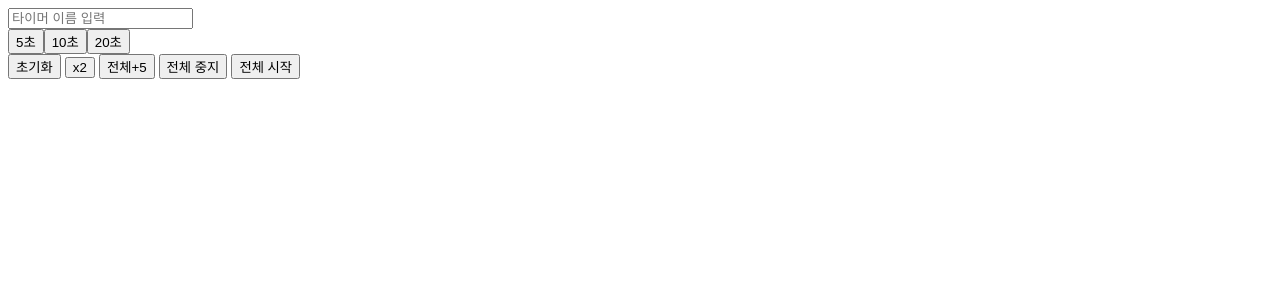
Repository: IT-magician/JS-Practice-Mission2
Page: index.html
These files come from the project's save history. The page is drawn as it stood at one moment and after the next save; the edit follows.
The browser window is 1280 px wide. The pictures show the whole page.

Above is the page before, as saved 2023-11-15 19:02:33.

### index.html
<!DOCTYPE html>
<html lang="en">
  <head>
    <meta charset="UTF-8" />
    <meta name="viewport" content="width=device-width, initial-scale=1.0" />
    <title>Document</title>

    <style>
      .input * {
        display: flex;
      }
    </style>
  </head>
  <body>
    <div class="pung-game">
      <div class="input">
        <div class="name">
          <input type="text" name="" id="" placeholder="타이머 이름 입력" />
        </div>
        <div class="btns">
          <input type="button" value="5초" />
          <input type="button" value="10초" />
          <input type="button" value="20초" />
        </div>
      </div>
      <div class="summary"></div>
      <div class="control">
        <input type="button" value="초기화" />
        <input type="button" value="x2" />
        <input type="button" value="전체+5" />
        <input type="button" value="전체 중지" />
        <input type="button" value="전체 시작" />
      </div>
      <div class="display"></div>
    </div>

    <script type="module" src="./js/main.js"></script>
  </body>
</html>

### js/main.js
import { TimerManager } from "./TimerManager.js";

function viewRender(timerInfoList) {
  console.log(timerInfoList);
}

let timerManager = new TimerManager(viewRender);

timerManager.Create("타이머1", 10 * 1000);

// timerManager.multiplerIncreaseAll();
// timerManager.multiplerIncrease(1);
// timerManager.IncreaseAll();
// timerManager.Increase(1);
// timerManager.Clear();
// timerManager.Cancel(1);

### js/TimerManager.js
class TimerManager {
  #pungs = [];

  #checkInterval = 500; // 500ms

  #baseLeftTime = 0;
  #isAllStop = false;

  #uuid = 1;

  #cmp;

  #totalSum = 0;

  #ViewRenderChecker = setInterval(() => {
    // this.#viewRender(this.#pungs);
    console.log(`average : ${this.#totalSum}`);
  }, 1000);

  #viewRender;

  constructor(viewRender, cmp = (lhs, rhs) => lhs - rhs) {
    this.#viewRender = viewRender;
    this.#cmp = cmp;
  }

  #GenerateUUID() {
    return this.#uuid++;
  }

  // 버블 정렬(with stable sort) 응용
  Sort(uuid) {
    let targetIdx = this.#pungs.findIndex((item) => item.uuid === uuid);

    // console.log(`uuid : ${uuid}, targetIdx : ${targetIdx}`);
    if (targetIdx === -1) return;

    let swapIdx = -1;

    for (let i = targetIdx + 1; i < this.#pungs.length; i++)
      if (this.#cmp(this.#pungs[targetIdx], this.#pungs[i]) > 0) swapIdx = i;

    for (let i = targetIdx - 1; i >= 0; i--)
      if (this.#cmp(this.#pungs[targetIdx], this.#pungs[i]) < 0) swapIdx = i;

    if (swapIdx === -1) return;

    [this.#pungs[targetIdx], this.#pungs[swapIdx]] = [
      this.#pungs[swapIdx],
      this.#pungs[targetIdx],
    ];
  }

  TimerInfoClass = class {
    name;
    uuid;
    value;
    timer = null;
    isStop = false;

    /**
     *
     * @param {string|number} name
     * @param {number} value : 삭제되기까지 남은 시간
     * @param {string|number} uuid
     */
    constructor(name, value, uuid) {
      this.name = name;
      this.value = value;
      this.uuid = uuid;
    }

    /**
     * Array.find(condition)?.executeMethod() 연산자를 사용하고 싶어서 만든 메서드들
     */
    Multipler = (value = 2) => (this.value *= value);
    Add = (value = 5) => (this.value += value);
    Start = () => (this.isStop = false);
    Stop = () => (this.isStop = true);
    ClearCountDownTimer = () => {
      if (this.timer === false) return;
      clearInterval(this.timer);
      this.timer = null;

      return this;
    };

    /**
     * Array.find(condition)?.executeMethod() 연산자를 사용하고 싶어서 만든 메서드들 + 이후 작업 처리용
     *
     * 원본:
     * execute = (func) => {
     *   return (...args) => {
     *     func(...args);
     *   };
     * };
     *
     * 외부에서 사용 예시:
     * timeInfo = new TimerInfoClass(...)
     * timeInfo.execute((a,b) => console.log(a+b))(1,2)
     */
    execute = (func) => {
      func(this);
      return this;

      // vs(위와 아래중에 머가 의도한거니.. 뭘 의도하고 싶었던거니..?)
      // return (...args) => func(...args);
    };
  };

  #getDiff(past, current) {
    return Math.abs(past - current);
  }

  #append(name, value) {
    let uuid = this.#GenerateUUID();
    let timerInfo = new this.TimerInfoClass(name, value, uuid);

    this.#pungs.push(timerInfo);
    this.#totalSum += value;

    return timerInfo;
  }

  /// ________________________________________________________________________
  //                            외부 호출 메소드 API
  /// ________________________________________________________________________

  GetAverage() {
    if (this.#pungs.length == 0) return 0;

    return this.#totalSum / 1000 / this.#pungs.length;
  }

  Create(name, value) {
    let timerInfo = this.#append(name, value);
    const uuid = timerInfo.uuid;

    new Promise((resolve, reject) => {
      // 시간 카운트 다운 설정
      timerInfo.timer = setInterval(() => {
        if (this.#isAllStop || timerInfo.isStop) return;

        const past = timerInfo.value;
        timerInfo.value = Math.max(0, timerInfo.value - this.#checkInterval);

        console.log(past, timerInfo.value, this.#totalSum);

        this.Sort(uuid);

        if (timerInfo.value === 0) {
          timerInfo.ClearCountDownTimer();

          resolve();
        }

        this.#totalSum -= this.#getDiff(past, timerInfo.value); // down value
      }, this.#checkInterval);
    }).then((resolve, reject) => {
      // 종료 작업
      this.Cancel(uuid);
    });
  }

  Clear() {
    for (let i = this.#pungs.length - 1; i >= 0; i--)
      this.Cancel(this.#pungs[i].uuid);

    this.#pungs = [];
  }

  multiplerIncreaseAll(value = 2) {
    this.StopAll();

    this.#pungs?.forEach((item) => {
      const past = item.value;
      item.Multipler();
      this.#totalSum += this.#getDiff(past, item.value);
    });

    this.StartAll();
  }

  multiplerIncrease(uuid, value = 2) {
    this.#pungs
      .find((item) => item.uuid === uuid)
      ?.execute((instance) => {
        const past = instance.value;
        instance.Multipler(value);
        this.#totalSum += this.#getDiff(past, instance.value);
      });
  }

  StopAll() {
    this.#isAllStop = true;
  }

  Stop(uuid) {
    this.pungs.find((item) => item.uuid === uuid)?.Stop();
  }

  StartAll() {
    this.#isAllStop = false;
  }
  Start(uuid) {
    this.pungs.find((item) => item.uuid === uuid)?.Start();
  }

  IncreaseAll(value = 5) {
    this.StopAll();

    this.#pungs?.forEach((item) => {
      const past = item.value;
      item.Add();
      this.#totalSum += this.#getDiff(past, item.value);
    });

    this.StartAll();
  }

  Increase(uuid, value = 5) {
    this.#pungs
      .find((item) => item.uuid === uuid)
      ?.execute((instance) => {
        const past = instance.value;
        instance.Add(value);
        this.#totalSum += this.#getDiff(past, instance.value);
      });
  }

  Cancel(uuid) {
    console.log(this.#pungs);
    console.log(
      `Cancel - uuid : ${uuid}`,
      this.#pungs.find((item) => item.uuid === uuid)
    );
    this.#pungs
      .find((item) => item.uuid === uuid)
      ?.ClearCountDownTimer()
      // .execute(() => console.log(this.#pungs));
      .execute((instance) => {
        this.#totalSum -= instance.value;
        this.#pungs.splice(
          this.#pungs.findIndex((item) => item.uuid === uuid),
          1
        );

        // ==>  instance는 배열에만 존재하게 설계했음.
        //////  그러므로 이후에 해당 item은 GC가 처리함.
      });
    // .execute(() => alert("헬로"));
  }
}

export { TimerManager };

After the next save:
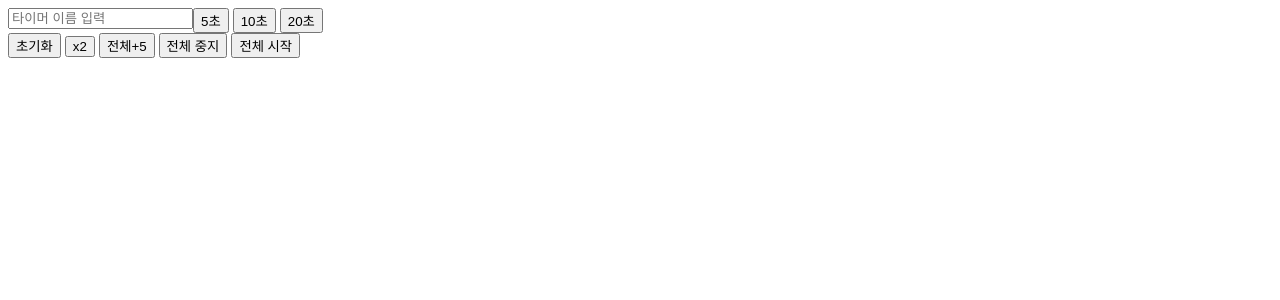
Saved 27 s later.
--- a/index.html
+++ b/index.html
@@ -6,7 +6,7 @@
     <title>Document</title>
 
     <style>
-      .input * {
+      .input {
         display: flex;
       }
     </style>
